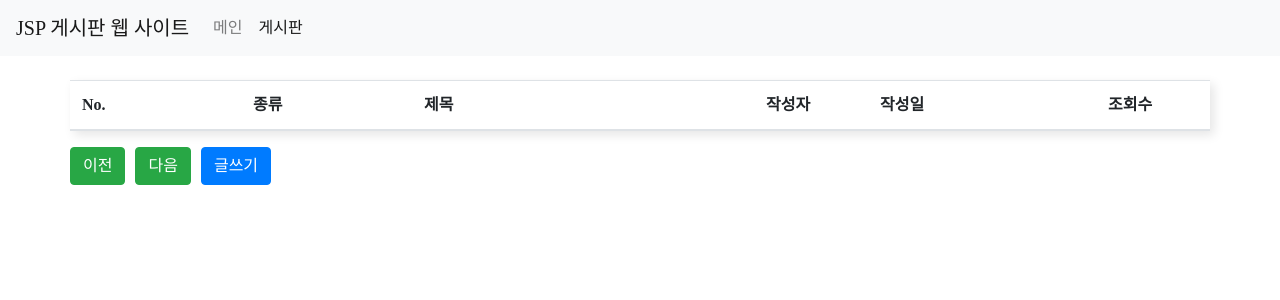
Repository: hz6450/2024-summer-jsp-notice-project
Page: http://localhost/BBS/BBS.jsp?pageNumber=0
These files come from the project's save history. The page is drawn as it stood at one moment and after the next save; the edit follows.
The browser window is 1280 px wide. The pictures show the whole page.
Some web fonts or font styles are not loaded; a fallback is used. Some web libraries are served in a nearby version. The page is served by Tomcat 10. Queries for data that is not in the repository find no rows.

Above is the page before, as saved 2024-07-16 02:12:11.

After the next save:
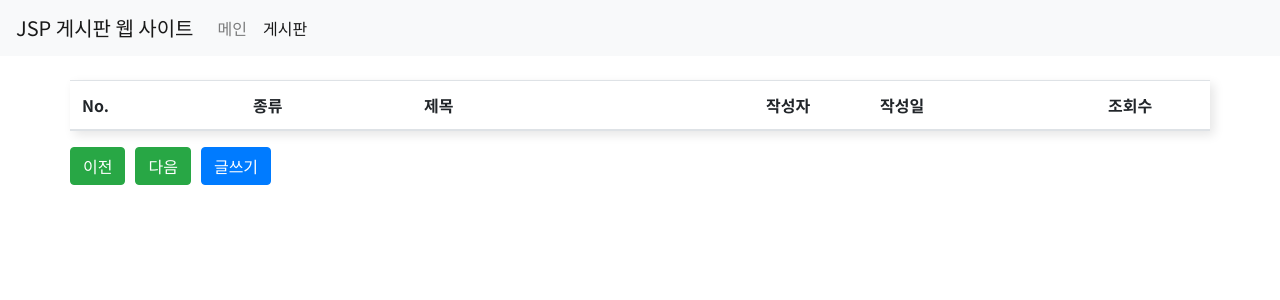
Saved 7 min 47 s later.
--- a/projects/BBS/src/main/webapp/css/custom-font.css
+++ b/projects/BBS/src/main/webapp/css/custom-font.css
@@ -4,8 +4,10 @@
 
 @import url(http://fonts.googleapis.com/earlyaccess/hanna.css);
 
+@import url('https://fonts.googleapis.com/css2?family=Noto+Sans+KR:wght@100..900&display=swap');
+
 * {
-	font-family: "Nanum Gothic";
+	font-family: "Noto Sans KR";
 }
 
 h1 {
